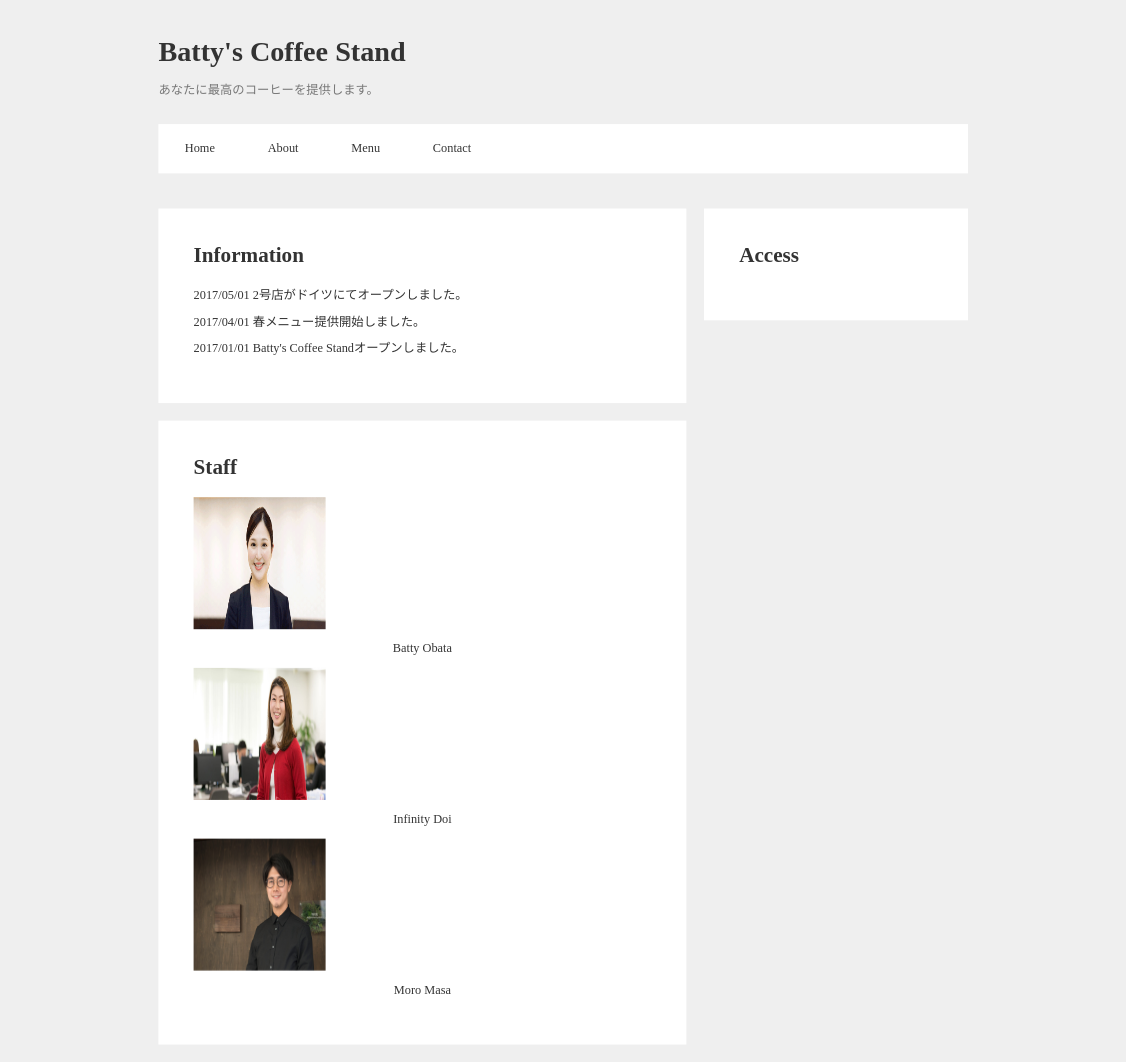
Repository: Sissy7-2/Tip-Memo
Page: html/batty_coffee_stand/index.html
The author's editor kept a record of every edit. The page is drawn from the files as they stood at one moment, then again after the next edit.
The browser window is 1280 px wide. The pictures show the whole page, at 88% of full size.

Above is the page before.

### html/batty_coffee_stand/index.html
<!DOCTYPE HTML>
<html>
    <head>
        <meta charset="UTF-8">
        <title>Batty's Coffee Stand</title>
        <link rel="stylesheet" href="css/normalize.css">
        <link rel="stylesheet" href="css/style.css">
    </head>
    <body>
        <header>
            <div class="container">
            <div class="header-title-area">
                <h1 class="logo">Batty's Coffee Stand</h1>
                <p class="text-sub">あなたに最高のコーヒーを提供します。</p>
                </div>
                <ul class="header-navigation">
                    <li><a href="#">Home</a></li>
                    <li><a href="#">About</a></li>
                    <li><a href="#">Menu</a></li>
                    <li><a href="#">Contact</a></li>
                </ul>
                </div>
        </header>
         <div class="main">
                <div class="container">
                    <div class="left-contents">
                    <div class="card-contents">
                        <h2 class="text-title">Information</h2>
                        <ul class="information-list">
                            <li>2017/05/01 2号店がドイツにてオープンしました。</li>
                            <li>2017/04/01 春メニュー提供開始しました。</li>
                            <li>2017/01/01 Batty's Coffee Standオープンしました。</li>
                             </ul>
                            </div>
                        <div class="card-contents">
                            <h2 class="text-title">Staff</h2>
                            <div class="staff-list-area"></div>
                            <div class="staff-list"></div>
                            <img src="./staff01.png" class="staff-image">
                            <p class="staff-name">Batty Obata</p>

                            <div class="staff-list"></div>
                            <img src="./staff02.jpg" class="staff-image">
                            <p class="staff-name">Infinity Doi</p>
                            <div class="staff-list"></div>
                            <img src="./staff03.jpg" class="staff-image">
                            <p class="staff-name">Moro Masa</p>

                        </div>
                        </div>
                        </div>
                        <div class="right-contents">
                        <div class="card-contents">
                            <h2 class="text-title">Access</h2>





                        </div>
                        </div>
                        </div>

    </body>
</html>

### html/batty_coffee_stand/css/style.css
body {
    background-color: #efefef;
    font-size: 14px;
    color: #333;
    margin: 0;

}

h1,h2,h3,h4,h5 {
    margin: 0 0 10px 0;
    padding: 0;
}

header {
    margin-top: 20px;
}

.container {
    width: 920px;
    margin: 0 auto 40px auto;

}

.header-title-area {
    margin-top: 40px;
    margin-bottom: 30px;
}

.logo {
    font-size: 32px;
}

.text-sub {
    color: #777;
}

.header-navigation {
    width: 100%;
    background-color: #fff;
    padding: 20px 0;

}

.header-navigation:after {
    clear: both;
    display: block;
    content: " ";

}

.header-navigation li {
    float: left;
    padding: 0 30px;
    text-align: center;
    list-style-type: none;
}

.header-navigation li a {
    color: #333;
    text-decoration: none;
}

.text-title {
    font-size: 24px;
    font-weight: bold;
    margin-top: 0;
    margin-bottom: 20px;
}

.card-contents {
    padding: 40px;
    display: block;
    margin-bottom: 20px;
    background-color: #fff;
}

.left-contents {
    width: 600px;
    margin-right: 20px;
    float: left;
}

.right-contents {
    width: 300px;
    float: left;
}

.information-list {
    list-style-type: none;
    padding-left: 0;
}

.information-list li {
    margin-bottom: 10px;
}

.staff-list-area:after {
    clear: both;
    display: block;
    content: " ";
}

.staff-list {
    width: 150px;
    margin-right: 35px;
    float: left;
}

.staff-list:last-child {
    margin-right: 0;
}

.staff-image {
    margin-bottom: 10px;
    width: 150px;
    height: 150px;
    display: block;
}

.staff-name {
    text-align: center;
}

.copyright {
    color: #777;
    text-align: center;
}

.main:after {
    clear: both;
    display: block;
    content: " ";
}

Loaded but not shown: html/batty_coffee_stand/css/normalize.css (library)

After the next edit:
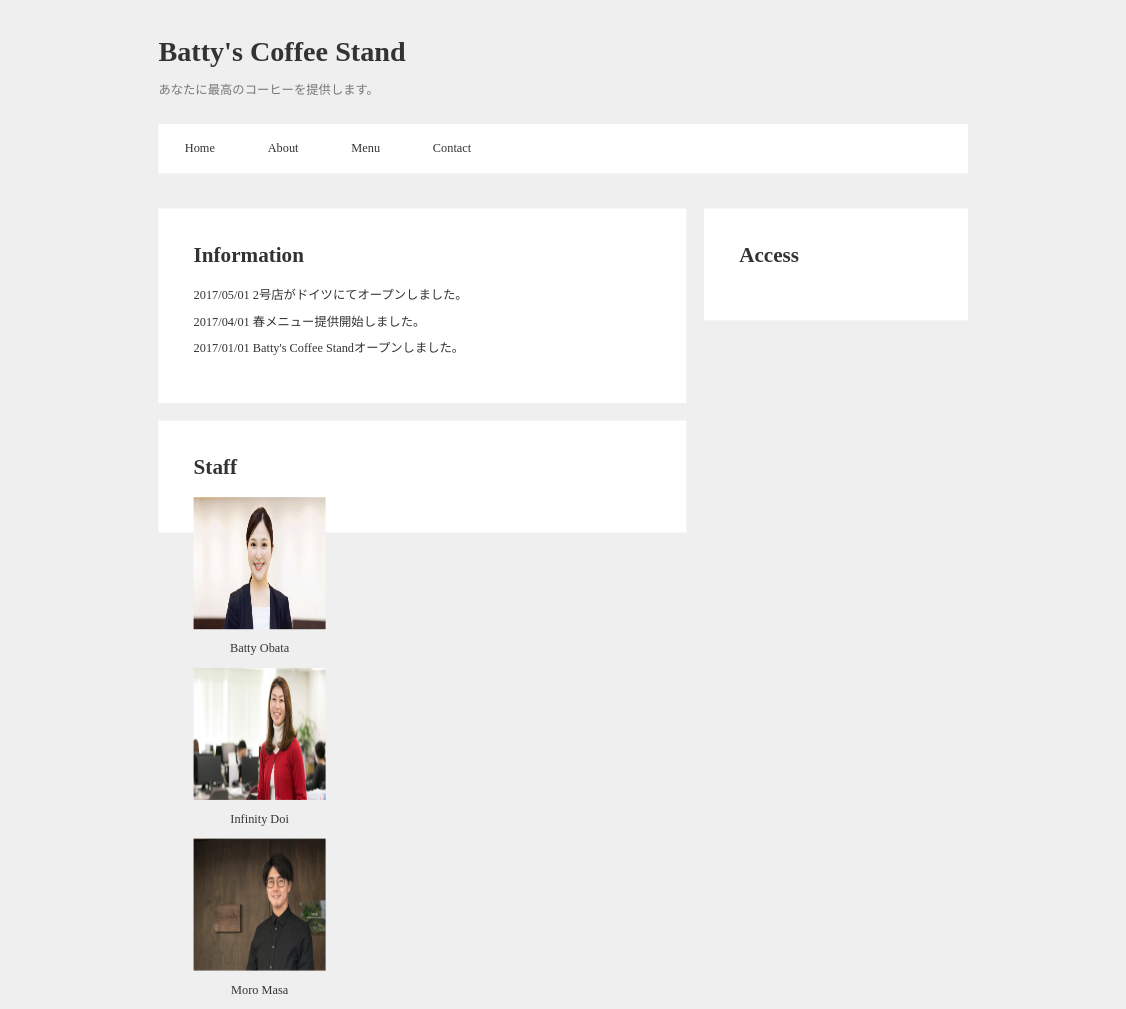
The edit:
--- a/html/batty_coffee_stand/index.html
+++ b/html/batty_coffee_stand/index.html
@@ -35,7 +35,7 @@
                         <div class="card-contents">
                             <h2 class="text-title">Staff</h2>
                             <div class="staff-list-area"></div>
-                            <div class="staff-list"></div>
+                            <div class="staff-list">
                             <img src="./staff01.png" class="staff-image">
                             <p class="staff-name">Batty Obata</p>
 
